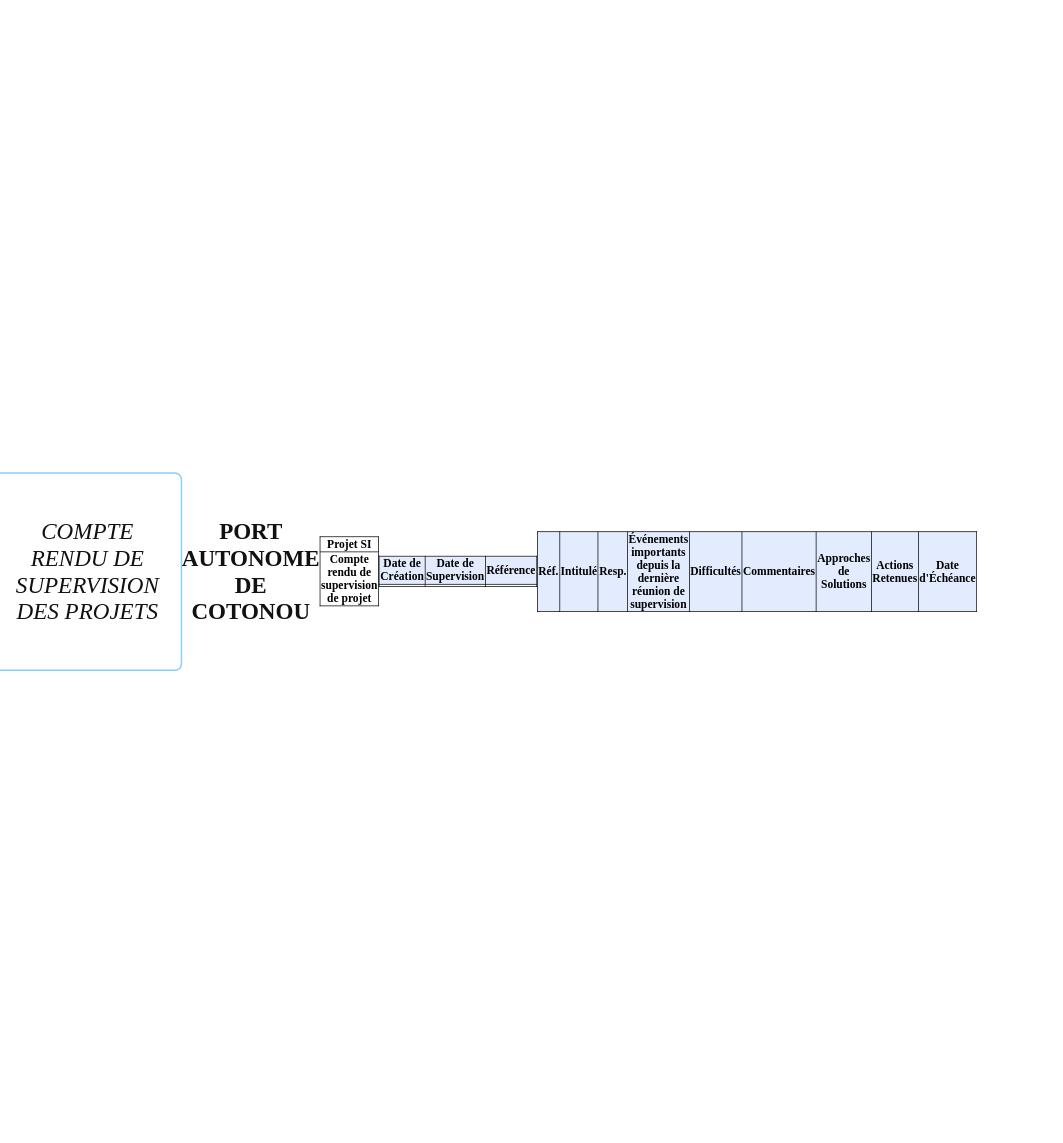
Repository: A2blackMZ/Project
Page: resources/views/report/seanceReport.blade.php
These files come from the project's save history. The page is drawn as it stood at one moment and after the next save; the edit follows.
The browser window is 1280 px wide. The page is 1357 px wide, then 1477 px, so the pictures cover 1477 px, including what lies to the right of the window. The pictures show the whole page, at 72% of full size.
The page is served by the project's Laravel application, run on PHP 8.4 with Laravel 10. Other server files are loaded and not shown. The template is opened directly, without the code that normally fills it, so the values that code supplies are empty.

Above is the page before, as saved 2024-04-04 10:14:09.

### app/Http/Controllers/API/AuthController.php
<?php

namespace App\Http\Controllers\API;

use App\Http\Controllers\Controller;
use Illuminate\Http\Request;
use Illuminate\Support\Facades\Hash;
use Illuminate\Support\Facades\Auth;
use App\Models\User;

class AuthController extends Controller
{
    public function register(Request $request)
    {
        // Validez les données du formulaire d'inscription
        $request->validate([
            'name' => 'required|string',
            'email' => 'required|email|unique:users',
            'password' => 'required|string|min:8',
        ]);

        // Créez un nouvel utilisateur
        $user = new User([
            'name' => $request->input('name'),
            'email' => $request->input('email'),
            'password' => Hash::make($request->input('password')),
        ]);

        // Enregistrez l'utilisateur dans la base de données
        $user->save();

        // Générez un jeton d'accès pour l'utilisateur nouvellement inscrit
        $token = $user->createToken('MyAppToken')->accessToken;

        // Réponse avec le jeton d'accès et les informations de l'utilisateur
        return response()->json([
            'message' => 'Inscription réussie',
            'user' => $user,
            'access_token' => $token,
        ], 201); // Code de réponse 201 pour la création réussie
    }


    public function login(Request $request)
    {
        // Validez les données de connexion
        $request->validate([
            'email' => 'required|email',
            'password' => 'required|string',
        ]);

        // Tentez de connecter l'utilisateur
        if (Auth::attempt(['email' => $request->input('email'), 'password' => $request->input('password')])) {
            // Authentification réussie, générez un jeton d'accès pour l'utilisateur
            $user = Auth::user();
            $token = $user->createToken('MyAppToken')->accessToken;

            // Réponse avec le jeton d'accès et les informations de l'utilisateur
            return response()->json([
                'message' => 'Authentification réussie',
                'user' => $user,
                'access_token' => $token,
            ], 200); // Code de réponse 200 pour la réussite de l'authentification
        } else {
            // Échec de l'authentification
            return response()->json([
                'message' => 'Échec de l\'authentification',
            ], 401); // Code de réponse 401 pour l'échec de l'authentification
        }
    }

    public function user(Request $request)
    {
        return $request->user();
    }

    public function logout()
    {
        Auth::user()->tokens->each(function ($token, $key) {
            $token->delete();
        });

        return response()->json(['message' => 'Déconnexion réussie']);
    }

    public function getUser()
    {
        $user = Auth::user();

        return response()->json(['user' => $user]);
    }

    public function getUserInfo(Request $request)
    {
        $user = $request->user(); // Récupérez l'utilisateur à partir du jeton d'accès
        $userInfo = [
            'id' => $user->id,
            'name' => $user->name,
        ];

        return response()->json($userInfo);
    }
}

### routes/web.php
<?php

use App\Http\Controllers\SeanceController;
use Illuminate\Support\Facades\Route;

/*
|--------------------------------------------------------------------------
| Web Routes
|--------------------------------------------------------------------------
|
| Here is where you can register web routes for your application. These
| routes are loaded by the RouteServiceProvider and all of them will
| be assigned to the "web" middleware group. Make something great!
|
*/

Route::get('/', function () {
   return 'Je m\'appelle Shadrac';
    // return view('welcome');
});














Route::get('generate_pdf/{seanceId}', [SeanceController::class, 'generatePDF']);

Route::post('seances/{id}/generate-report', [SeanceController::class, 'generateReport']);

### resources/views/report/seanceReport.blade.php
<!DOCTYPE html>
<html lang="en">
<head>
    <meta charset="UTF-8">
    <title>Report de Séance</title>
    <style>
        .title-page {
            margin: 0;
            font-size: 2em; /* Taille du titre */
            text-align: center;
            color: #101110;
        }

        table {
            width: 100%;
            border-collapse: collapse;
        }
        table, th, td {
            border: 1px solid black;
        }
        th, td {
            border: 1px solid black;
            text-align: center;
        }
        th {
            background-color: #e2ecfe;
            font-weight: bold;
        }
        h1 {
            text-align: center;
            color: #101110;
        }

        body {
            margin: 0;
            display: flex;
            justify-content: center;
            align-items: center;
            height: 100vh;
            width: 297mm; /* Largeur A3 */
            height: 420mm; /* Hauteur A3 */
        }

        .card {
            width: 350px;
            padding: 30px;
            background-color: #ffffff;
            border: 2px solid #87CEFA;
            border-radius: 10px;
            margin-bottom: 350px;
            margin-top: 350px;
            margin-left: 20%;
        }


    </style>
</head>
<body>
    <div class="card">
        <div class="title-page">
            <p><em>COMPTE RENDU DE SUPERVISION DES PROJETS</em></p>
        </div>
    </div>

    <br><br>

    <h1>PORT AUTONOME DE COTONOU</h1>
    <br><br>
    <table>
        <tr color: #101110;>
            <td><strong>Projet SI</strong></td>
        </tr>
        <tr>
            <td><strong>Compte rendu de supervision de projet</strong></td>
        </tr>
    </table>

    <br><br>
    <table>
        <tr>
            <th>Date de Création</th>
            <th>Date de Supervision</th>
            <th>Référence</th>
        </tr>
        <tr>
            <td>{{ $seance->date_creation }}</td>
            <td>{{ $seance->date_supervision }}</td>
            <td>{{ $seance->reference }}</td>
        </tr>
    </table>

    <br><br>
    <table>
        <thead>
            <tr>
                <th>Réf.</th>
                <th>Intitulé</th>
                <th>Resp.</th>
                <th>Événements importants depuis la dernière réunion de supervision</th>
                <th>Difficultés</th>
                <th>Commentaires</th>
                <th>Approches de Solutions</th>
                <th>Actions Retenues</th>
                <th>Date d'Échéance</th>
            </tr>
        </thead>
        <tbody>
            @foreach($compteRendus as $index => $compteRendu)
                <tr>
                    @if ($index === 0)
                        <td rowspan="{{ count($compteRendus) }}">{{ $seance->reference }}</td>
                    @endif
                    <td>{{ $projets[$index]->nom }}</td>
                    <td>{{ $seance->nom_chef_projet }}</td>
                    <td>{!! $compteRendu->evenement !!}</td>
                    <td>{!! $compteRendu->difficultes !!}</td>
                    <td>{!! $compteRendu->commentaires !!}</td>
                    <td>{!! $compteRendu->approche_solution !!}</td>
                    <td>{!! $compteRendu->action_retenu !!}</td>
                    <td>{{ $compteRendu->date }}</td>
                </tr>
            @endforeach
        </tbody>
    </table>

</body>
</html>

Loaded but not shown: app/Http/Controllers/Controller.php (common file)

After the next save:
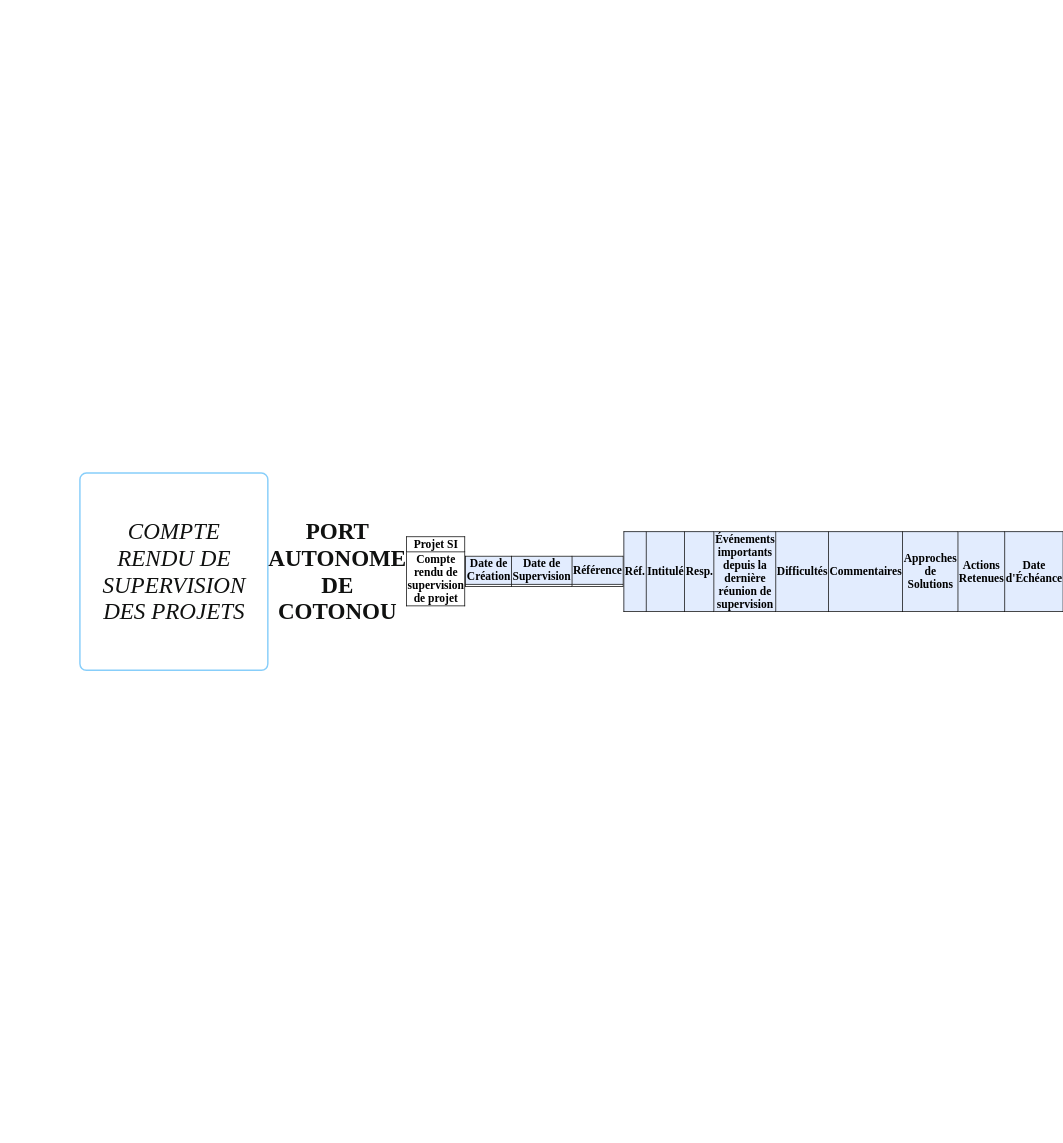
Saved 104 s later.
--- a/resources/views/report/seanceReport.blade.php
+++ b/resources/views/report/seanceReport.blade.php
@@ -37,7 +37,7 @@
             justify-content: center;
             align-items: center;
             height: 100vh;
-            width: 297mm; /* Largeur A3 */
+            width: 350mm; /* Largeur A3 */
             height: 420mm; /* Hauteur A3 */
         }
 
